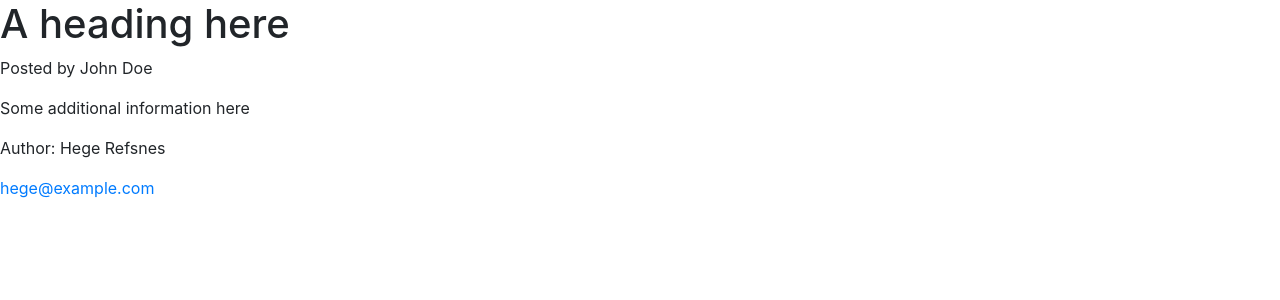
Repository: heishung/project-booking
Page: index.html
An editor plug-in stored every save of this project. The page is shown before and after the next save, followed by the edit.
The browser window is 1280 px wide. The pictures show the whole page.
The style sheet was rebuilt from its Sass, Less or Tailwind sources for each picture, by a compiler version that may differ from the author's.

Above is the page before, as saved 2020-11-19 23:03:33.
Console error (its wording comes from the project's code and is left out).

After the next save:
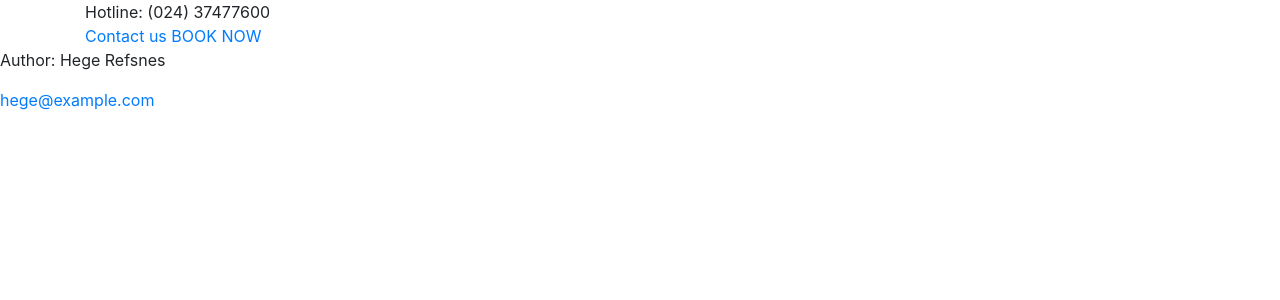
Saved 3 min 20 s later.
--- a/index.html
+++ b/index.html
@@ -12,9 +12,11 @@
 <body>
     <div class="wrapper"></div>
     <header>
-        <h1>A heading here</h1>
-        <p>Posted by John Doe</p>
-        <p>Some additional information here</p>
+        <div class="container">
+            <span>Hotline: (024) 37477600</span>
+            <div><a href="#">Contact us</a>
+            <a href="#">BOOK NOW</a></div>
+        </div>
     </header>
 
     <footer>
